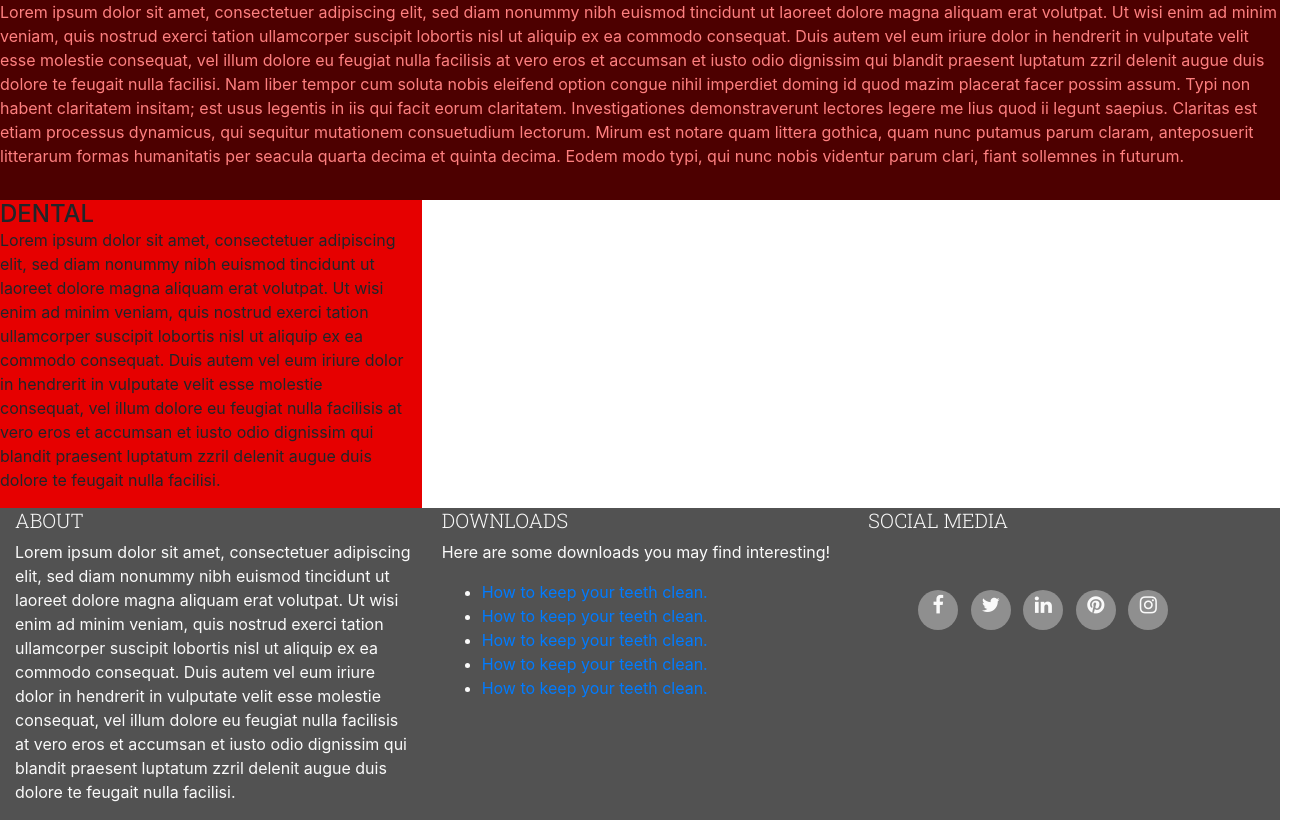
Repository: Code-Institute-Submissions/Rajjabbal-milestone-project
Page: dental.html
The author's editor kept a record of every edit. The page is drawn from the files as they stood at one moment, then again after the next edit.
The browser window is 1280 px wide. The page is 1295 px wide, so the pictures cover 1295 px, including what lies to the right of the window. The pictures show the part of the page from y = 871 to 1691 px (the page is 1691 px tall).
Some web libraries are served in a nearby version.

Above is the page before.

After the next edit:
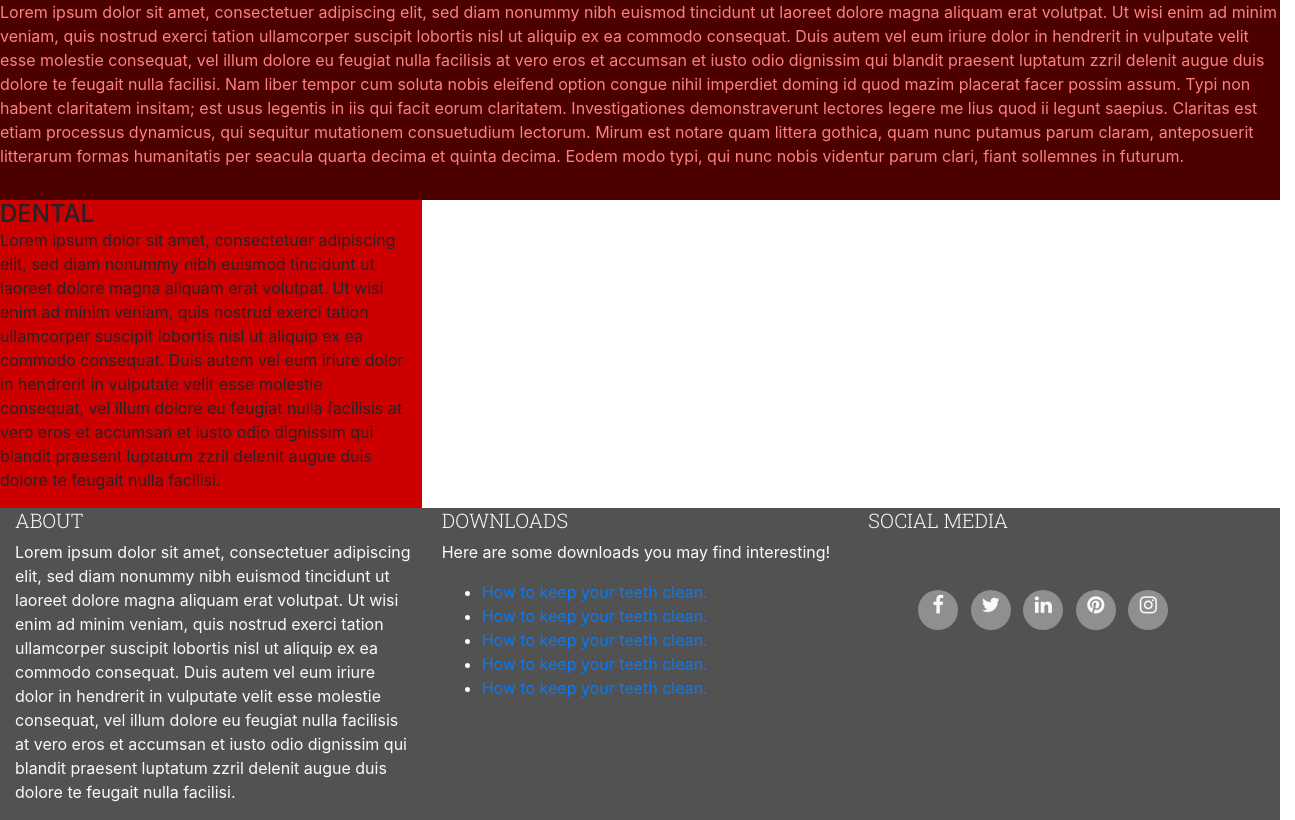
The edit:
--- a/assets/css/style.css
+++ b/assets/css/style.css
@@ -30,7 +30,9 @@
 .bg-color-dental {
     background-color: #e60000;
 }
-.bg-color-dental
+.bg-color-dental {
+    background-color: #cc0000;
+}
 .bg-color-dental
 
 /*-----Special paddings/margins/text-----*/
